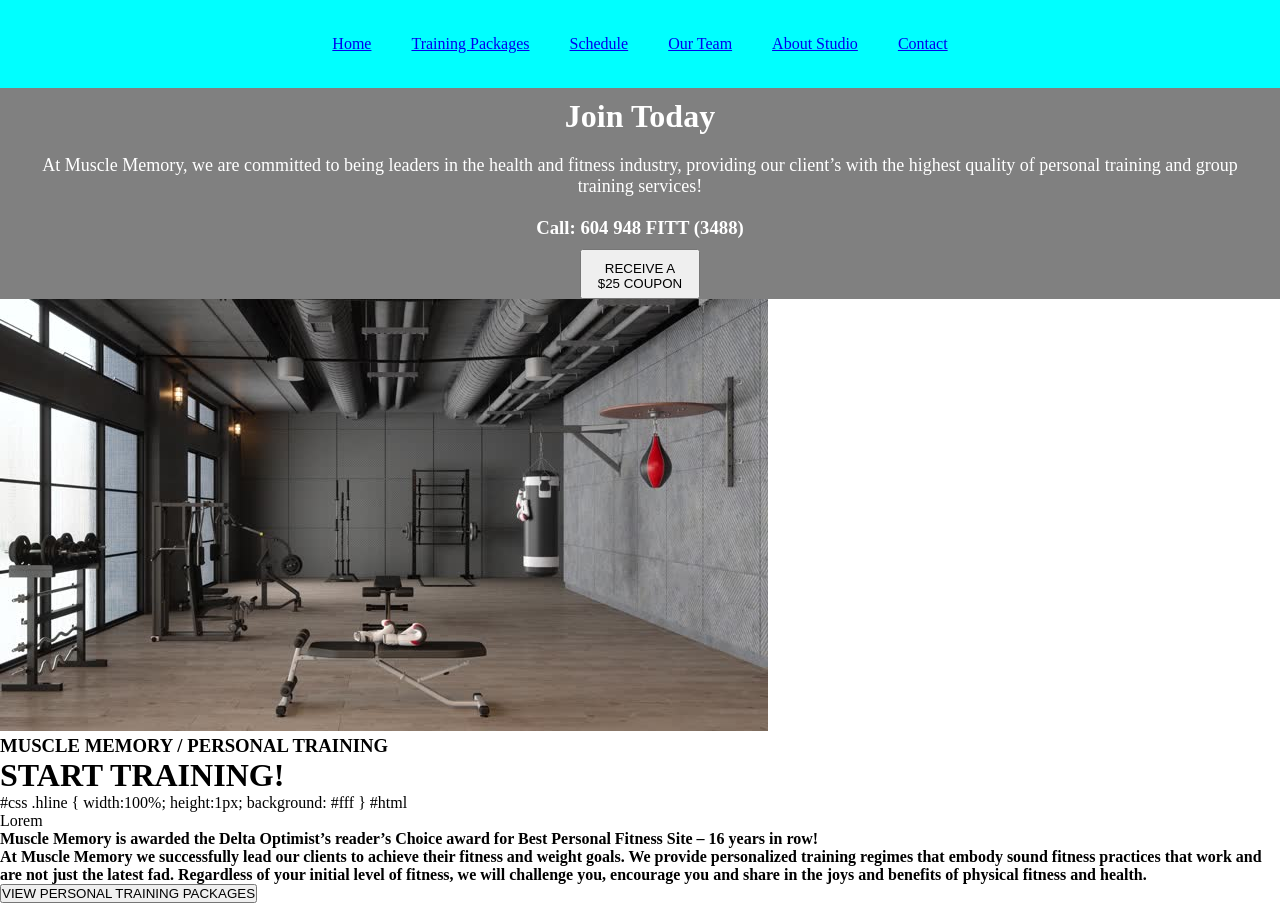
Repository: MujtabaHabib/muscle-memory-website
Page: index.html
The author's editor kept a copy of each file at every save. The page is drawn from the files as they stood at one save, then again after the next save.
The browser window is 1280 px wide. The pictures show the whole page.

Above is the page before, as saved 2026-01-27 02:50:02.

After the next save:
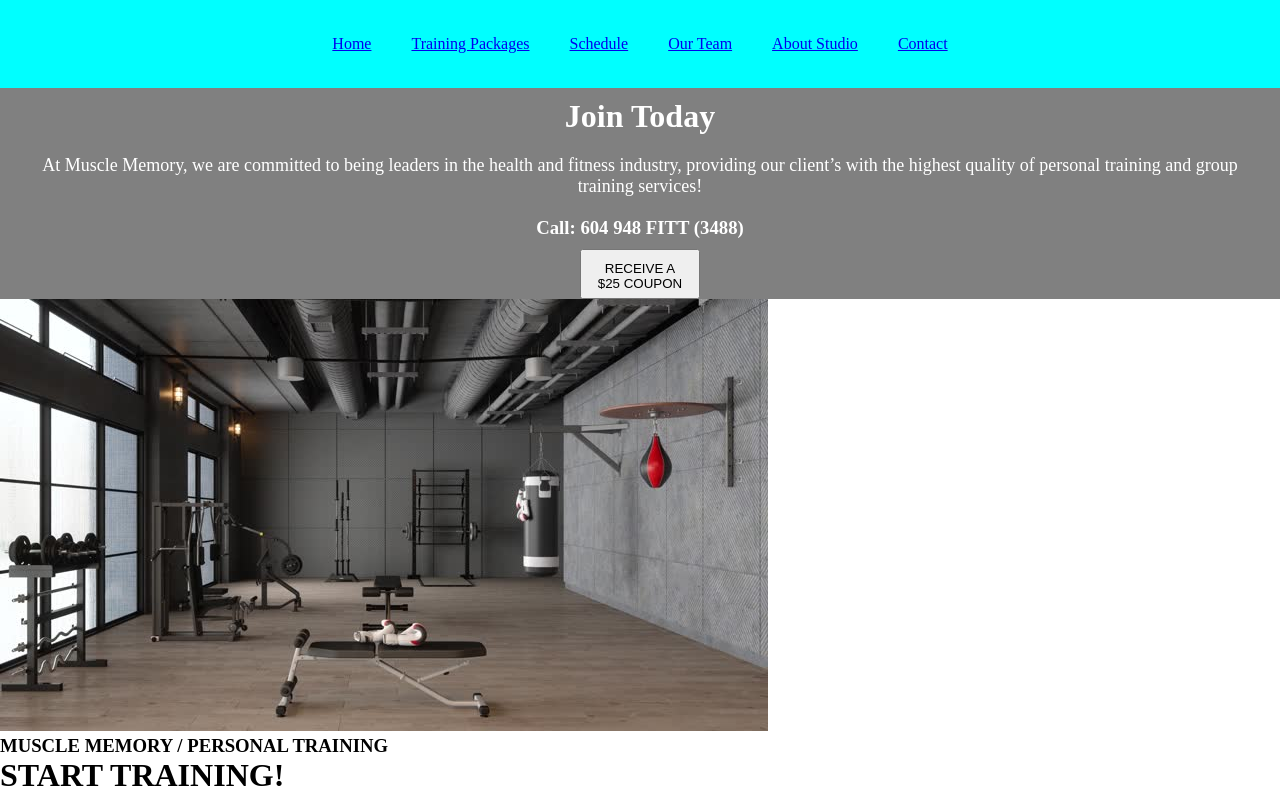
Saved 14 s later.
--- a/index.html
+++ b/index.html
@@ -37,10 +37,7 @@
                 <h3>MUSCLE MEMORY / PERSONAL TRAINING</h3>
                 <h1>START TRAINING!</h1>
                 <!--
-Source - https://stackoverflow.com/q
-Posted by Павел Тявин, modified by community. See post 'Timeline' for change history
-Retrieved 2026-01-27, License - CC BY-SA 4.0
--->
+
 
 #css
 .hline { width:100%; height:1px; background: #fff }

After the 4 saves that followed:
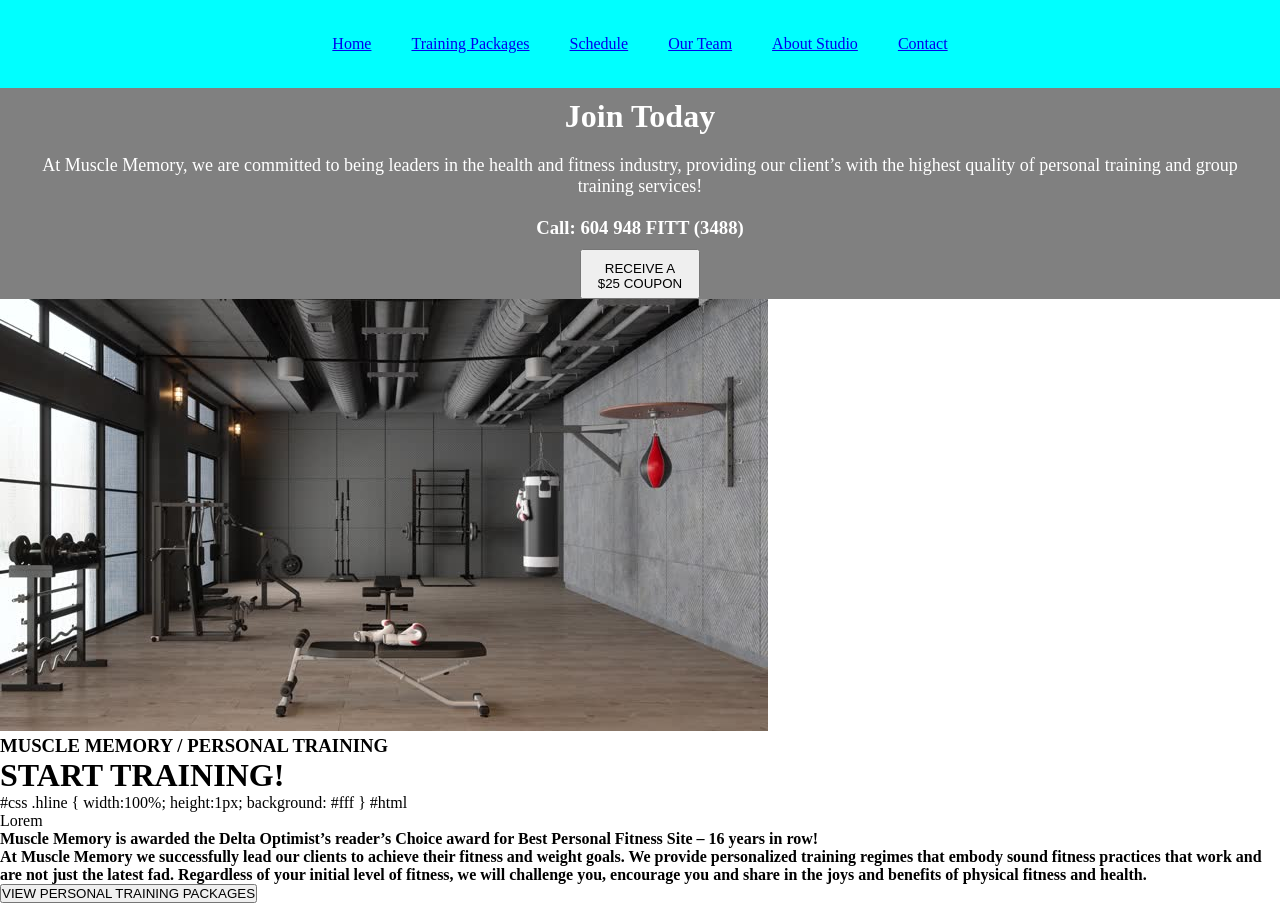
The 4 saves are shown as one change because 1 left the picture as it was and some came seconds apart.
The last was saved 19 s later.
--- a/index.html
+++ b/index.html
@@ -37,7 +37,10 @@
                 <h3>MUSCLE MEMORY / PERSONAL TRAINING</h3>
                 <h1>START TRAINING!</h1>
                 <!--
-
+Source - https://stackoverflow.com/q
+Posted by Павел Тявин, modified by community. See post 'Timeline' for change history
+Retrieved 2026-01-27, License - CC BY-SA 4.0
+-->
 
 #css
 .hline { width:100%; height:1px; background: #fff }
